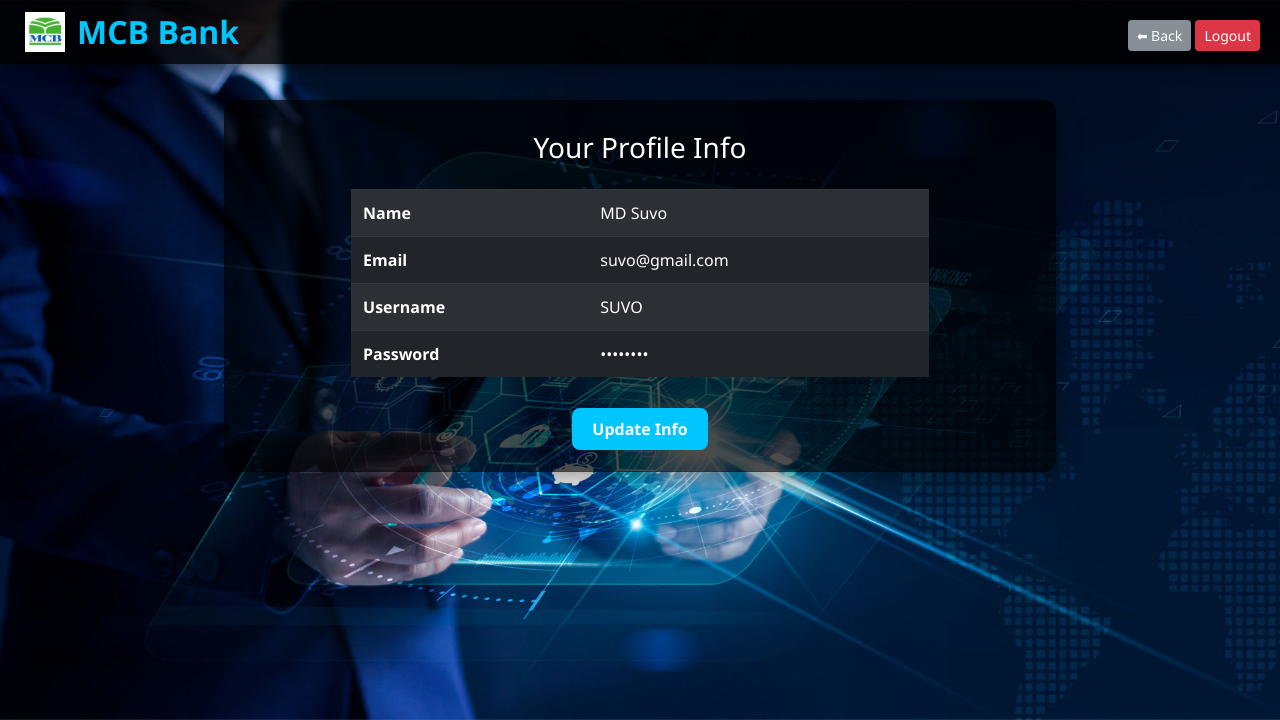
Repository: mhbshimla/my-bank
Page: http://localhost/manager_profile.php
An editor plug-in stored every save of this project. The page is shown before and after the next save, followed by the edit.
The browser window is 1280 px wide. The pictures show the whole page.
The page is run by PHP 8.4 with error messages shown; the project is at /var/www/html/. The session is filled in as if someone had signed in: {"userId": 2, "user": {"id": 2, "email": "some2@gmail.com", "name": "Ali khan", "balance": 56000, "nid": "3210375555343", "number": "03356910260", "city": "Islamabad", "address": "Some where in isb", "source": "Programmer", "accountNo": 10054777, "branch": 1, "accountType": "Saving", "date": "2017-12-14 04:50:06"}, "cashId": 2, "managerId": 2}. The database holds what the project's SQL file puts in it.

Above is the page before, as saved 2025-11-30 20:53:31.
Console error: ReferenceError: $ is not defined

After the next save:
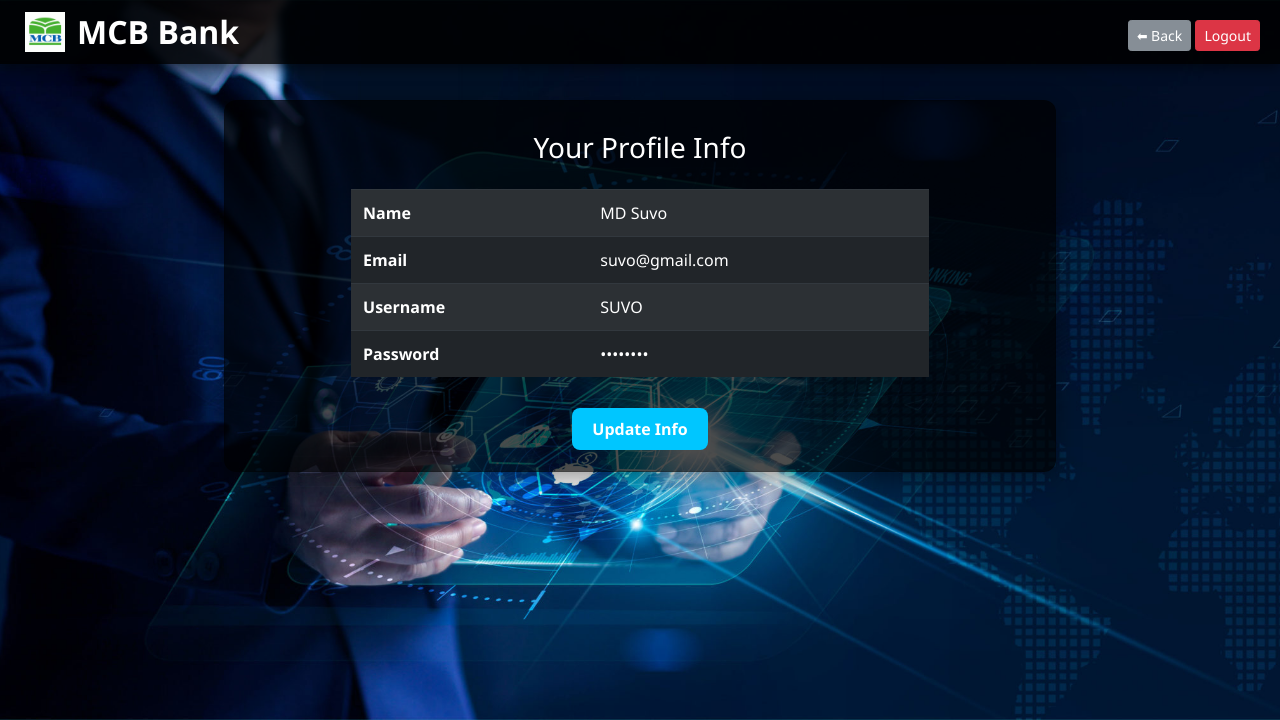
Saved 117 s later.
--- a/manager_profile.php
+++ b/manager_profile.php
@@ -56,7 +56,7 @@ $manager = $query->fetch_assoc();
     <!-- Header with logo aligned left -->
 <header style="position: fixed; top: 0; left: 0; width: 100%; background: rgba(0,0,0,0.85); padding: 12px 25px; display: flex; align-items: center; justify-content: flex-start; box-shadow: 0 4px 12px rgba(0,0,0,0.5); z-index: 1000;">
     <img src="images/logo.png" alt="MCB Bank Logo" style="height:40px; margin-right:12px;">
-    <h2 style="margin:0; font-weight:600; color:#00c6ff;">MCB Bank</h2>
+    <h2 style="margin:0; font-weight:600; color:#ffffff;">MCB Bank</h2>
     <div style="position: absolute; top: 20px; right: 20px;">
     <a href="mindex.php" class="btn btn-secondary btn-sm">⬅ Back</a>
     <a href="index.php" class="btn btn-danger btn-sm">Logout</a>
